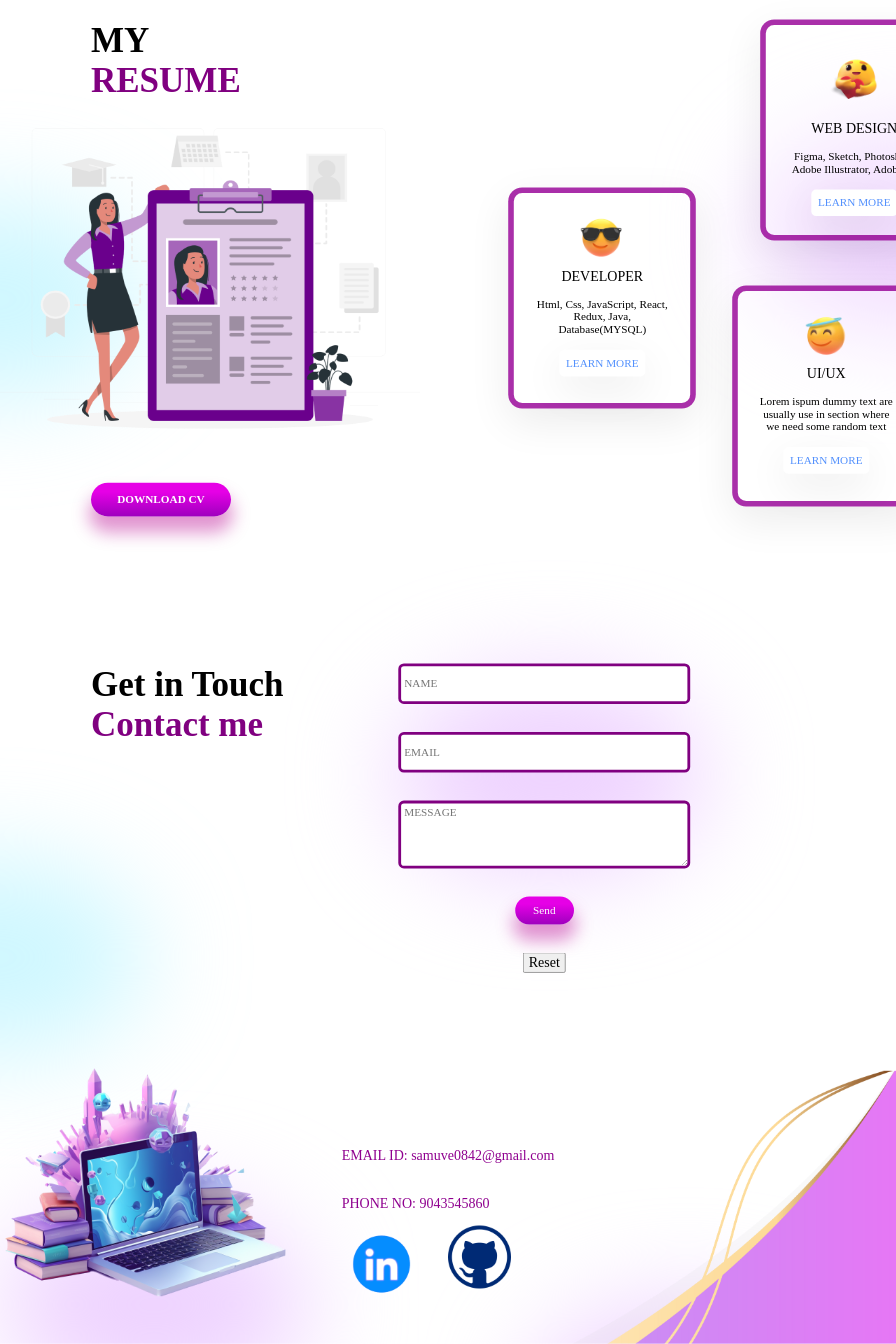
Repository: glorysandy/Protfolio
Page: /
These files come from the project's save history. The page is drawn as it stood at one moment and after the next save; the edit follows.
The browser window is 1280 px wide. The pictures show the part of the page from y = 3384 to 5304 px (the page is 5304 px tall), at 70% of full size.
Some web fonts or font styles are not loaded; a fallback is used. The project was rebuilt for these pictures with package versions that can differ from the ones it lists, and the page was loaded fresh each time. Imported but missing from the stored project, and not drawn on this page: src/components/Services/SANDHIYA.P (RESUME).pdf.

Above is the page before, as saved 2024-10-17 00:08:10.

### public/index.html
<!DOCTYPE html>
<html lang="en">
  <head>
    <meta charset="utf-8" />
    <link rel="icon" href="%PUBLIC_URL%/favicon.ico" />
    <meta name="viewport" content="width=device-width, initial-scale=1" />
    <meta name="theme-color" content="#000000" />
    <meta
      name="description"
      content="Web site created using create-react-app"
    />
    <style>
      @font-face{
        font-family: Gumela;
        src:url('../src/fonts/*');
      }
      *{
        font-family: 'Gumela';
        font-weight:normal ;
        font-size: 20px;

      }
      body{
        margin: 0;
      }
    </style>
    <link rel="apple-touch-icon" href="%PUBLIC_URL%/logo192.png" />
    <!--
      manifest.json provides metadata used when your web app is installed on a
      user's mobile device or desktop. See https://developers.google.com/web/fundamentals/web-app-manifest/
    -->
    <link rel="manifest" href="%PUBLIC_URL%/manifest.json" />
    <!--
      Notice the use of %PUBLIC_URL% in the tags above.
      It will be replaced with the URL of the `public` folder during the build.
      Only files inside the `public` folder can be referenced from the HTML.

      Unlike "/favicon.ico" or "favicon.ico", "%PUBLIC_URL%/favicon.ico" will
      work correctly both with client-side routing and a non-root public URL.
      Learn how to configure a non-root public URL by running `npm run build`.
    -->
    <title>React App</title>
  </head>
  <body>
    <noscript>You need to enable JavaScript to run this app.</noscript>
    <div id="root"></div>
    <!--
      This HTML file is a template.
      If you open it directly in the browser, you will see an empty page.

      You can add webfonts, meta tags, or analytics to this file.
      The build step will place the bundled scripts into the <body> tag.

      To begin the development, run `npm start` or `yarn start`.
      To create a production bundle, use `npm run build` or `yarn build`.
    -->
  </body>
</html>

### src/components/Navbar/Navbar.jsx
import React from "react";
import Toggle from "../Toggle/Toggle";
import "./Navbar.css";
import { Link } from "react-scroll";
const navbar = () => {
  return (
    <div className="n-wrapper" id="Navbar">
      {/* left */}
      <div className="n-left">
        <div className="n-name">MODE</div>
        <Toggle />
      </div>
      {/* right */}
      <div className="n-right">
        <div className="n-list">
          <ul style={{ listStyleType: "none" }}>
            <li>
              <Link activeClass="active" to="Navbar" spy={true} smooth={true}>
                HOME
              </Link>
            </li>
            <li>
              <Link to="testimonial" spy={true} smooth={true}>
                ABOUT
              </Link>
            </li>
            <li>
              <Link to="works" spy={true} smooth={true}>
                SKILLS
              </Link>
            </li>
            <li>
              <Link to="portfolio" spy={true} smooth={true}>
                PROJECTS
              </Link>
            </li>
            <li>
              <Link to=" services" spy={true} smooth={true}>
                RESUME
              </Link>
            </li>
          </ul>
        </div>
        <Link to="contact" spy={true} smooth={true}>
        <button className="button n-button">CONTACT</button>
        </Link>
      </div>
    </div>
  );
};

export default navbar;

### src/components/Experience/Experience.jsx
import React, { useContext } from "react";
import { themeContext } from "../../Context";
import "./Experience.css";
const Experience = () => {
  const theme = useContext(themeContext);
  const darkMode = theme.state.darkMode;

  return (
    <div className="experience" id='experience'>
      <div className="achievement">
        {/* darkMode */}
        <div className="circle" style={{color: darkMode?'var(--orange)':''}}>4+</div>
        <span  style={{color: darkMode?'white':''}}>months </span>
        <span>Experience</span>
      </div>
      <div className="achievement">
        <div className="circle" style={{color: darkMode?'var(--orange)':''}}>10+</div>
        <span  style={{color: darkMode?'white':''}}>completed </span>
        <span>Projects</span>
      </div>
    </div>
  );
};

export default Experience;

### src/components/Contact/Contact.jsx
import React, { useContext, useRef, useState } from "react";
import "./Contact.css";
import emailjs from '@emailjs/browser';
import { themeContext } from "../../Context";

const Contact = () => {
  const theme = useContext(themeContext);
  const darkMode = theme.state.darkMode;
  const form = useRef();
  const [done, setDone] = useState(false)
  const handleReset = () => {
    if (form.current) {
      form.current.reset(); // Call reset on the form element
    }
  };

  const sendEmail = (e) => {
    e.preventDefault();

    emailjs
      .sendForm(
        "service_y60teja",
        "template_4kj4n7i",
        form.current,
        "ORKOyUiaYznGkr2zZ"
      )
      .then(
        (result) => {
          console.log(result.text);
          setDone(true);
          form.reset();
        },
        (error) => {
          console.log(error.text);
        }
      );
  };

  return (
    <div className="contact-form" id="contact">
      {/* left side copy and paste from work section */}

      <div className="w-left">
        <div className="awesome">
          {/* darkMode */}
          <span style={{color: darkMode?'white': ''}}>Get in Touch</span>
          <span style={{color:"purple"}}>Contact me</span>
          <div
            className="blur s-blur1"
            style={{ background: "#ABF1FF94" }}
          ></div>
        </div>
      </div>
      {/* right side form */}
      <div className="c-right">
        <form ref={form} onSubmit={sendEmail}  >
          <input type="text" name="user_name" className="user"  placeholder="NAME"/>
          <input type="email" name="user_email" className="user" placeholder="EMAIL"/>
          <textarea name="message" className="user" placeholder="MESSAGE"/>
          <input type="submit" value="Send" className="button"/>
      <button type="button" onClick={handleReset} >Reset</button>
          <span >{done && "Thanks for Contacting me!"}</span>
          <div
            className="blur c-blur1"
            style={{ background: "var(--purple)" }}
          ></div>
        </form>
      </div>
      </div>

  );
};

export default Contact;

### src/components/Footer/Footer.jsx
import React from "react";
import "./Footer.css";
import Git from "../../img/git3.png";
import ins from "../../img/mylink.png";
import end from "../../img/end.png";
import wave2 from "../../img/AdobeStock_559187959 copy.png";
import { width } from "@fortawesome/free-brands-svg-icons/fa42Group";
const Footer = () => {

  const config ={
    social:{
      Github:'https://github.com/glorysandy',
      LinkedIn:'https://www.linkedin.com/in/sandhiya-parasuraman-822719298/',

    }
}


  return (
    <div className="footer">
     <img src={wave2} alt="" style={{ width: "100%", height: "80%",  marginTop:"-2vh"}} />

     <div className="blur t-blur1" style={{ background: "var(--purple)" }}></div>
      <div className="blur t-blur2" style={{ background: "var(--purple)" }}></div>
      <div className="f-content"  >
        <div>        <span > EMAIL ID: samuve0842@gmail.com</span> <br></br> <br></br> <br></br>
        <span>PHONE NO: 9043545860</span>
        </div>
        <div className="f-back"  >
       <img
          src={end}
          alt=""
        />
        </div>

        <div className="f-icons" >

          <a href={config.social.LinkedIn} ><img src={ins} alt="" /></a>
          <a href={config.social.Github}><img src={Git} alt=""/></a>
        </div>

      </div>
      </div>
  );
};

export default Footer;

### src/components/Toggle/Toggle.jsx
import React, { useContext } from "react";
import "./Toggle.css";
import Moon from "@iconscout/react-unicons/icons/uil-moon";
import Sun from "@iconscout/react-unicons/icons/uil-sun";
import { themeContext } from "../../Context";

const Toggle = () => {
  const theme = useContext(themeContext);
  const darkMode = theme.state.darkMode;
  const handleClick = () => {
    // debugger
    theme.dispatch({ type: "toggle" });
  };
  return (
    <div className="toggle" onClick={handleClick}>
      <Moon />
      <Sun />
      {/*                              toggle.css mein left ki property aik assign hy ussy delete
                                          krna hy pehly */}
      <div
        className="t-button"
        style={darkMode ? { left: "2px" } : { right: "2px" }}
      ></div>
    </div>
  );
};

export default Toggle;

### src/components/Navbar/Navbar.css
.n-wrapper {
  height: 10vh;
  display: flex;
  justify-content: space-between;
  margin-bottom: 2rem;
  top: 0;
}
.n-left {
  flex: 1;
  align-items: center;
  justify-content: left;
  display: flex;
  gap: 2rem;

}
.n-name {
  font-size: 1.3rem;
  font-weight: bold;
}
.n-right {
  flex: 1;
  display: flex;
  align-items: center;
  justify-content: flex-end;
  font-weight: 400;

}
.n-right :hover{
  color: rgb(165, 0, 137);


}
.n-list {
  flex: 10;
}
.n-list > ul {
  display: flex;
  gap: 2rem;
  margin-right: 4rem;
}

.n-list > ul :hover {
  color: var(--orange);
  cursor: pointer;


}

.n-button {
  flex: 2;

}

@media screen and (max-width: 480px) {
  .n-list {
    display: none;
  }
}

### src/components/Experience/Experience.css
.experience {
  display: flex;
  align-items: center;
  justify-content: center;
  gap: 5rem;
  height: 30vh;
  margin-bottom: 8rem;
  /* darkmode */
  color: var(--black);
  margin-top: 15vh;
}
.achievement{
    display: flex;
    flex-direction: column;
    align-items: center;
}
.circle {

    width: 4rem;
    height: 4rem;
    background: white;
    border-radius: 100%;
    position: relative;
    display: flex;
    align-items: center;
    justify-content: center;
    font-size: 1.5rem;
    font-weight: bold;
    margin-bottom: 2rem;
}
.circle::before {
    border-radius: 100%;
    content: '';
    background-image: linear-gradient(to bottom, #87e6fb 0%, #ffc05c 100%);
    top: -8px;
    left: -8px;
    bottom: -8px;
    right: -8px;
    position: absolute;
    z-index:-1;
    box-shadow: var(--boxShadow);
}

.achievement span:nth-of-type(2){
    color: var(--orange);
}


@media screen and (max-width: 480px) {
    .experience{
        transform: scale(0.7);
        margin-top: 7rem;
    }
}

### src/components/Portfolio/Portfolio.css
.portfolio {
  display: flex;
  align-items: center;
  justify-content: center;
  flex-direction: column;
  height: 70vh;
margin-top: 3rem;;
}
/* heading */
.portfolio span:nth-of-type(1) {
  color: var(--black);
  font-size: 2rem;
  font-weight: bold;
}

.portfolio span:nth-of-type(2) {
  color: purple;
  font-size: 2.5rem;
  font-weight: bold;
}

/* slider */
.portfolio .swiper{
    overflow: visible!important;
}

.portfolio-slider {
  margin-top: 6rem;
  width: 100%;
}

.portfolio-slider .swiper-slide {
  width: 20rem;
}
.portfolio img {
  width: 19rem;
  filter: drop-shadow(-12px 15px 13px rgba(0, 0, 0, 0.25));
  border-radius: 19px;
}
.slide{
  cursor: pointer;
  background-color: rgb(1, 12, 22);
}
.s-blur2 {
  left: 14rem;
  top: 8rem;
}

.s-blur1 {
  top: 13rem;
  left: -18rem;
}

### src/components/Services/Services.css
.services {
  padding: 0 3rem 0 3rem;
  display: flex;
  height: 30rem;
  margin-bottom: 8rem;
  margin-top: 5rem;
  margin-bottom: 13rem;
  /* scroll view */
  padding-top: 3rem;
}
/* left side */
.awesome {
  display: flex;
  flex-direction: column;
  position: relative;
  /* gap: 20px; */
}

.awesome > :nth-child(1) {
  color: var(--black);
  font-size: 2.5rem;
  font-weight: bold;
}
.awesome > :nth-child(2) {
  color: purple;
  font-size: 2.5rem;
  font-weight: bold;
}
.awesome > :nth-child(3) {
  color: var(--gray);
  font-size: 14px;
  margin-top: 1rem;
}
.s-back{
  display: flex;
  position: relative;
  height: 80vh;
  width: 80vh;
  margin-left: -130px;
  margin-top: -3rem;
}

.s-button {
  width: 10rem;
  height: 2.4rem;
  margin-top: -0.3rem;
font-weight: 600;
}
/* right sided */
.cards {
  position: relative;
  left: 32vh;
}
.cards > * {
  position: absolute;
}

/* blur */
.s-blur2 {
  left: 14rem;
  top: 8rem;
}

.s-blur1 {
  top: 13rem;
  left: -18rem;
}

@media screen and (max-width: 480px) {
  .services {
    margin-top: 4rem;
    flex-direction: column;
    gap: 5rem;
    height: 66rem;
    padding: 2px;
  }
.s-back{
  transform: scale(0.8);
  padding: 1rem;
}
  .cards {
    display: flex;
    flex-direction: column;
    gap: 17rem;
  }
  .cards > * {
    position: static;
  }
  .s-button{
    justify-content: center;
    margin-left: 4rem;
  }
}

### src/components/Contact/Contact.css
.contact-form{
    padding: 0 3rem 0 3rem;
    display: flex;
    height: 80vh;
    margin-top: 1rem;
      /* scroll */
  padding-top: 3rem;
}


.c-right{
    display: flex;
    justify-content: center;
    position: relative;
    flex: 1;
}

.c-right>form
{
    display: flex;
    flex-direction: column;
    gap: 2rem;
    align-items: center;

}

.c-right .user{
    width: 20rem;
    height: 2rem;
    padding: 0.3em;
    outline: none;
    border: 4px solid purple;
    border-radius: 8px;
    font-size: 16px;

}

.user:hover{
    border: 4px solid purple ;
    background-color: rgb(245, 194, 255);
    box-shadow: 0 0 20px rgb(255, 170, 248);
cursor: pointer;
}
textarea{
    height: 4rem!important;
}

.c-blur1{
    top: 1rem;
    left: 8rem;
}

@media screen and (max-width: 480px) {
    .contact-form{
        padding: 1rem;
        flex-direction: column;
        gap: 5rem;
        height: 40rem;
        margin-top: 20rem;
    }
    .c-right .user{
        width: 16rem;
    }

}

### src/components/Footer/Footer.css
.footer {
  display: flex;
  align-items: center;
  margin: -0.5rem -3.5rem;
  position: relative;
  margin-top: 1rem;

}

.f-content {
  position: absolute;
  display: flex;
  align-items: center;
  justify-content: center;
  flex-direction: column;
  width: 100%;
  margin-top: 2rem;
  gap: 4rem;
  color: rgb(143, 0, 143);
  font-weight: 700;
  font-size: 10rem;
}
.f-ip{
  display: flex;
  position: relative;
  width: 5rem;
  height:5rem;

}
.f-icons {
  display: flex;
  gap: 2rem;
  margin-top: -3rem;
  margin-left: -60px;
}
.f-icons:hover{
color:rgb(254, 255, 176);
cursor: pointer;
}
.f-back{
  position: absolute;
  margin-left: -120vh;
  margin-top: -6rem;
}
@media screen and (max-width: 480px){
  .footer{
    margin-top: -8rem;
  }
  .f-content{
    transform: scale(.5);
    margin-left: 20px;
    margin-top: -0.5rem;


  }
  .f-back{
    transform: scale(0.65);
   margin-left: -570px;
  }
}

### src/components/Toggle/Toggle.css
.toggle{
    display: flex;
    justify-content:space-between;
    border: 3px solid var(--purple);
    border-radius: 1rem;
    position: relative;
    padding: 2px;
    cursor: pointer;

}
.toggle>*{
    width: 1rem;
    height: 1rem;
    color: purple;
}
.t-button{
    border-radius: 100%;
    background: var(--purple );
    position: absolute;
}
.t-button:hover{
    background: linear-gradient(180deg, #e600e6 26.71%, #9f00be 99.36%);
    box-shadow: 0px 20px 24px 3px rgba(184, 0, 144, 0.42);

}

### src/components/Card/Card.css
.card {
  width: 10rem;
  height: 13rem;
  position: absolute;
  display: flex;
  flex-direction: column;
  gap: 1rem;
  align-items: center;
  width: 10rem;
  text-align: center;
  background: rgba(255, 255, 255, 0.26);
  border: 8px solid rgba(150, 0, 150, 0.815);
  box-shadow: var(--boxShadow);
  border-radius: 20px;
  padding: 0px 26px 2rem 26px;
}
.card span:nth-of-type(2) {
  color: var(--gray);
  font-size: 16px;
}
.card > img {
  transform: scale(0.6);
  margin-bottom: -2rem;
}
.c-button {
    background: #FFFFFF;
    box-shadow: 0px 19px 60px rgba(0, 0, 0, 0.08);
    border-radius: 7px;
    border: none;
    padding: 10px;
    font-size: 16px;
    color: #5290FD;
}

.c-button:hover{
    transform: scale(1.1);
    cursor: pointer;
}
/* cards */




@media screen and (max-width: 480px){
  .card{
    width: 240px;
    margin-left: -140px;
    justify-content: center;
    padding: 1 rem;
  }
}

Loaded but not shown: src/index.js (common file); src/App.js (common file); src/Context.js (common file); src/App.css (common file); src/components/FloatingDiv/FloatingDiv.jsx (common file); src/components/Card/Card.jsx (common file); src/components/FloatingDiv/FloatingDiv.css (common file); src/components/Intro/Intro.jsx (109 lines, source omitted); src/components/Works/Works.jsx (95 lines, source omitted); src/components/Services/Services.jsx (95 lines, source omitted); src/components/Testimonials/Testimonial.jsx (42 lines, source omitted); src/components/Works/Works.css (150 lines, source omitted); src/components/Intro/Intro.css (129 lines, source omitted); src/components/Portfolio/Portfolio.jsx (69 lines, source omitted); src/components/Testimonials/Testimonial.css (104 lines, source omitted)

After the next save:
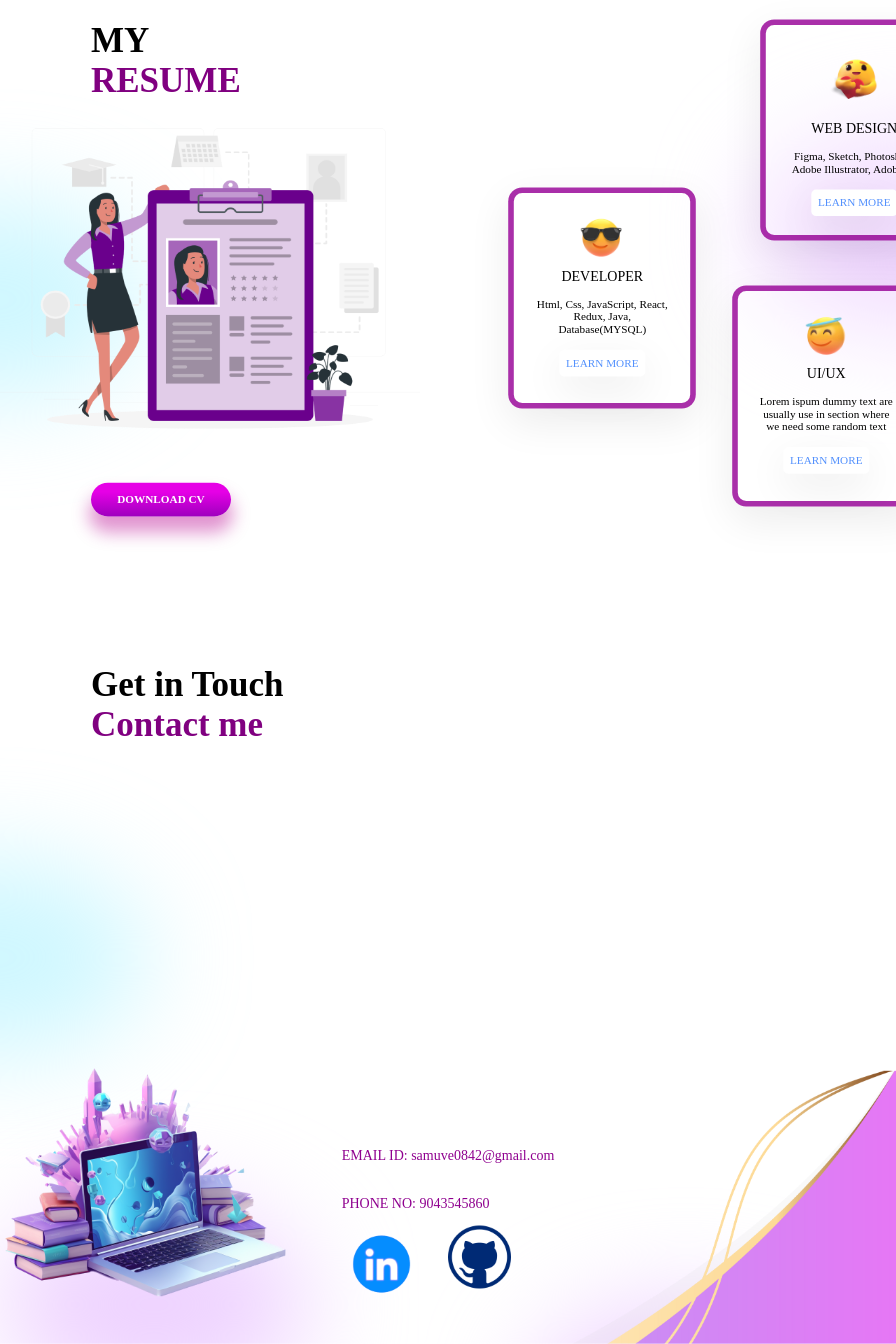
Saved 12 min 22 s later.
--- a/src/components/Contact/Contact.jsx
+++ b/src/components/Contact/Contact.jsx
@@ -53,18 +53,6 @@
       </div>
       {/* right side form */}
       <div className="c-right">
-        <form ref={form} onSubmit={sendEmail}  >
-          <input type="text" name="user_name" className="user"  placeholder="NAME"/>
-          <input type="email" name="user_email" className="user" placeholder="EMAIL"/>
-          <textarea name="message" className="user" placeholder="MESSAGE"/>
-          <input type="submit" value="Send" className="button"/>
-      <button type="button" onClick={handleReset} >Reset</button>
-          <span >{done && "Thanks for Contacting me!"}</span>
-          <div
-            className="blur c-blur1"
-            style={{ background: "var(--purple)" }}
-          ></div>
-        </form>
       </div>
       </div>
 

After the 2 saves that followed:
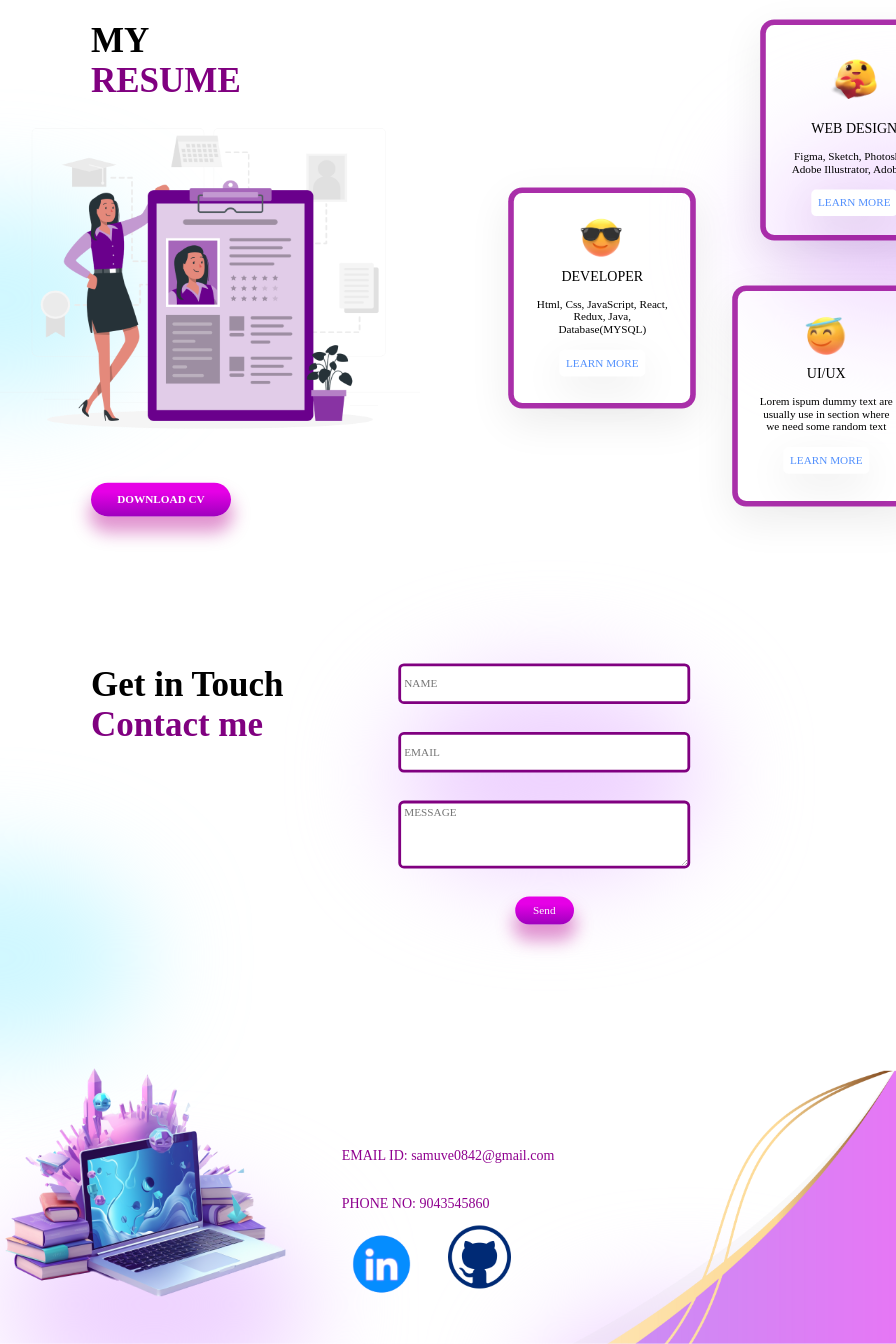
The 2 saves are shown as one change because they came seconds apart.
The last was saved 16 s later.
--- a/src/components/Contact/Contact.jsx
+++ b/src/components/Contact/Contact.jsx
@@ -53,6 +53,18 @@
       </div>
       {/* right side form */}
       <div className="c-right">
+      <form ref={form} onSubmit={sendEmail}>
+          <input type="text" name="user_name" className="user"  placeholder="NAME"/>
+          <input type="email" name="user_email" className="user" placeholder="EMAIL"/>
+          <textarea name="message" className="user" placeholder="MESSAGE"/>
+          <input type="submit" value="Send" className="button"/>
+          <span className="c-t">{done && "Thanks for Contacting me"}</span>
+          <div
+            className="blur c-blur1"
+            style={{ background: "var(--purple)" }}
+          ></div>
+        </form>
+
       </div>
       </div>
 
